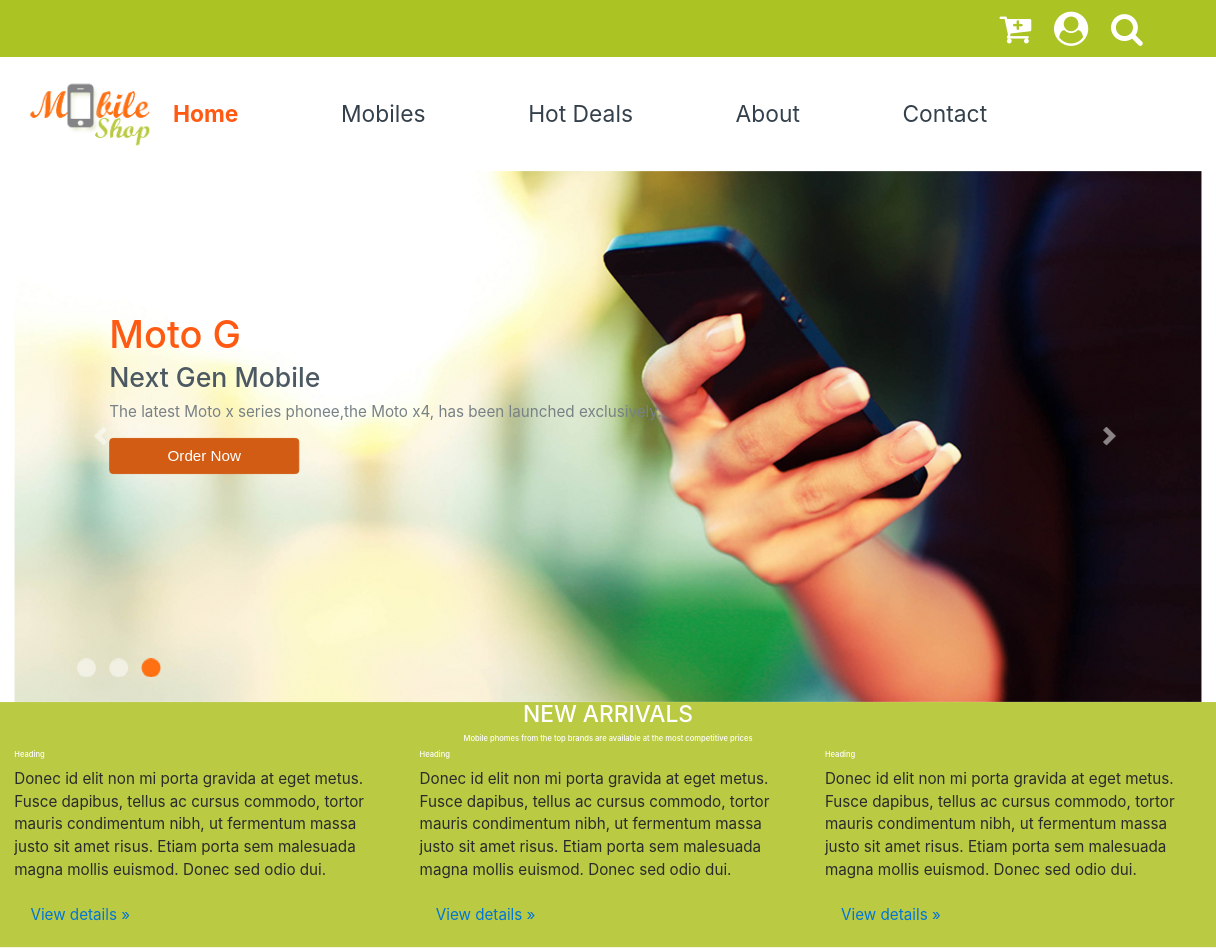
Repository: rajmohanr/mobile
Page: index.html
The author's editor kept a copy of each file at every save. The page is drawn from the files as they stood at one save, then again after the next save.
The browser window is 1280 px wide. The pictures show the whole page, at 95% of full size.

Above is the page before, as saved 2018-03-31 13:23:20.
Console error (its wording comes from the project's code and is left out).

After the next save:
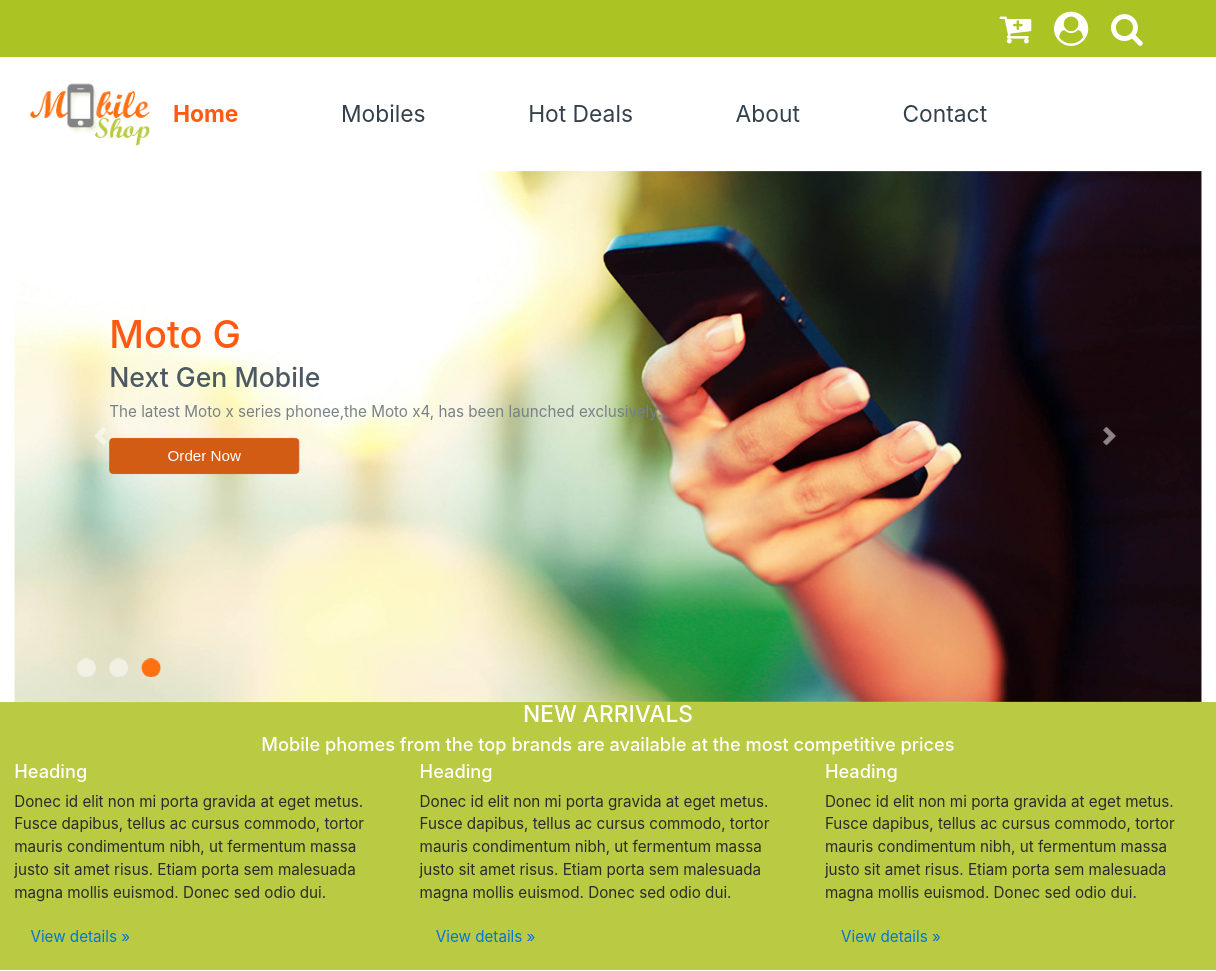
Saved 44 s later.
--- a/css/style.css
+++ b/css/style.css
@@ -86,6 +86,6 @@
 }
 
 #middle-title h2{
-    font-size: 0.5rem;
+    font-size: 1.2rem;
     color: #fff;
 }
